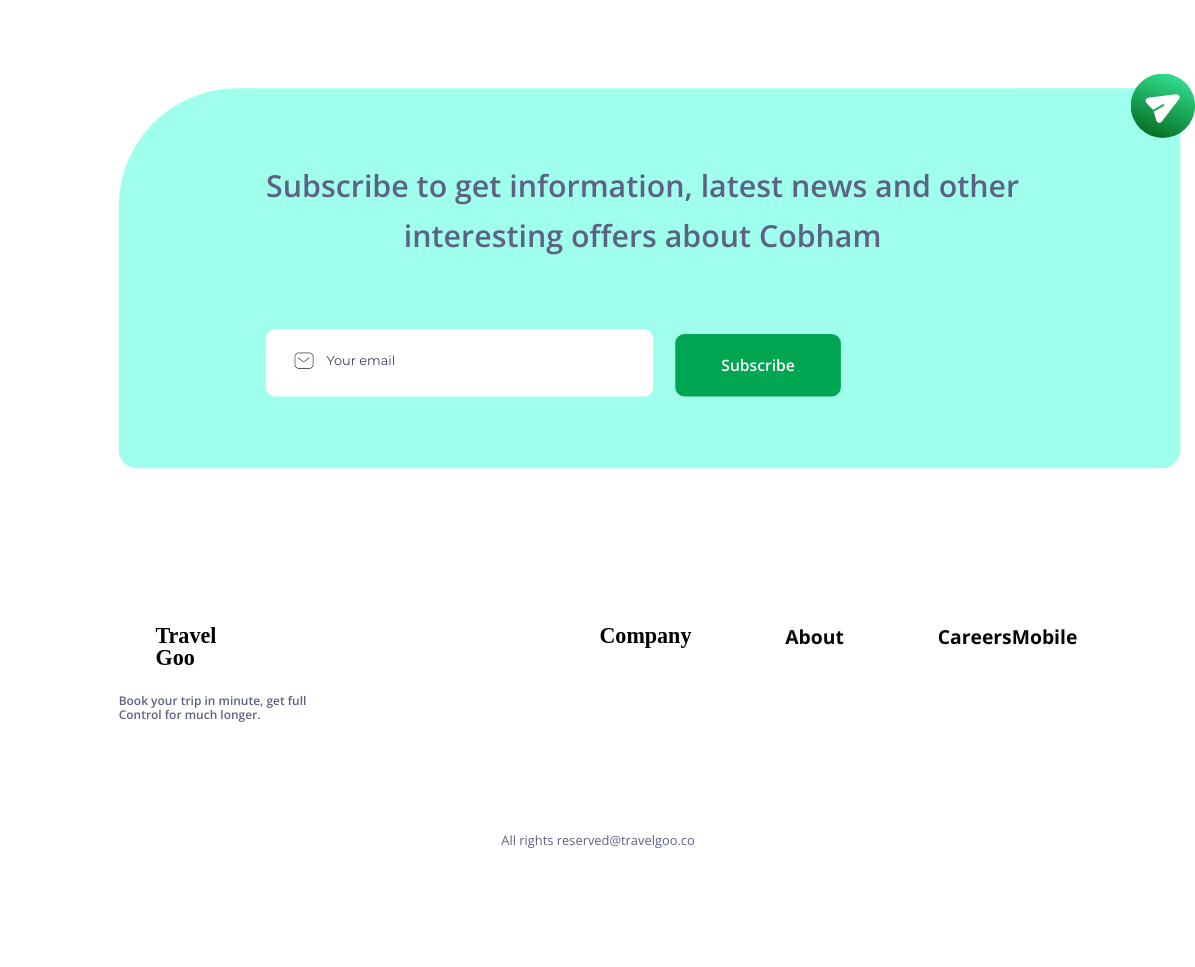
Repository: HeybetzadeQedim/task-5
Page: index.html
The author's editor kept a copy of each file at every save. The page is drawn from the files as they stood at one save, then again after a run of saves.
The browser window is 1280 px wide. The page is 1299 px wide, so the pictures cover 1299 px, including what lies to the right of the window. The pictures show the whole page, at 92% of full size.
Some web fonts or font styles are not loaded; a fallback is used.

Above is the page before, as saved 2023-10-16 15:59:05.

After the next 2 saves:
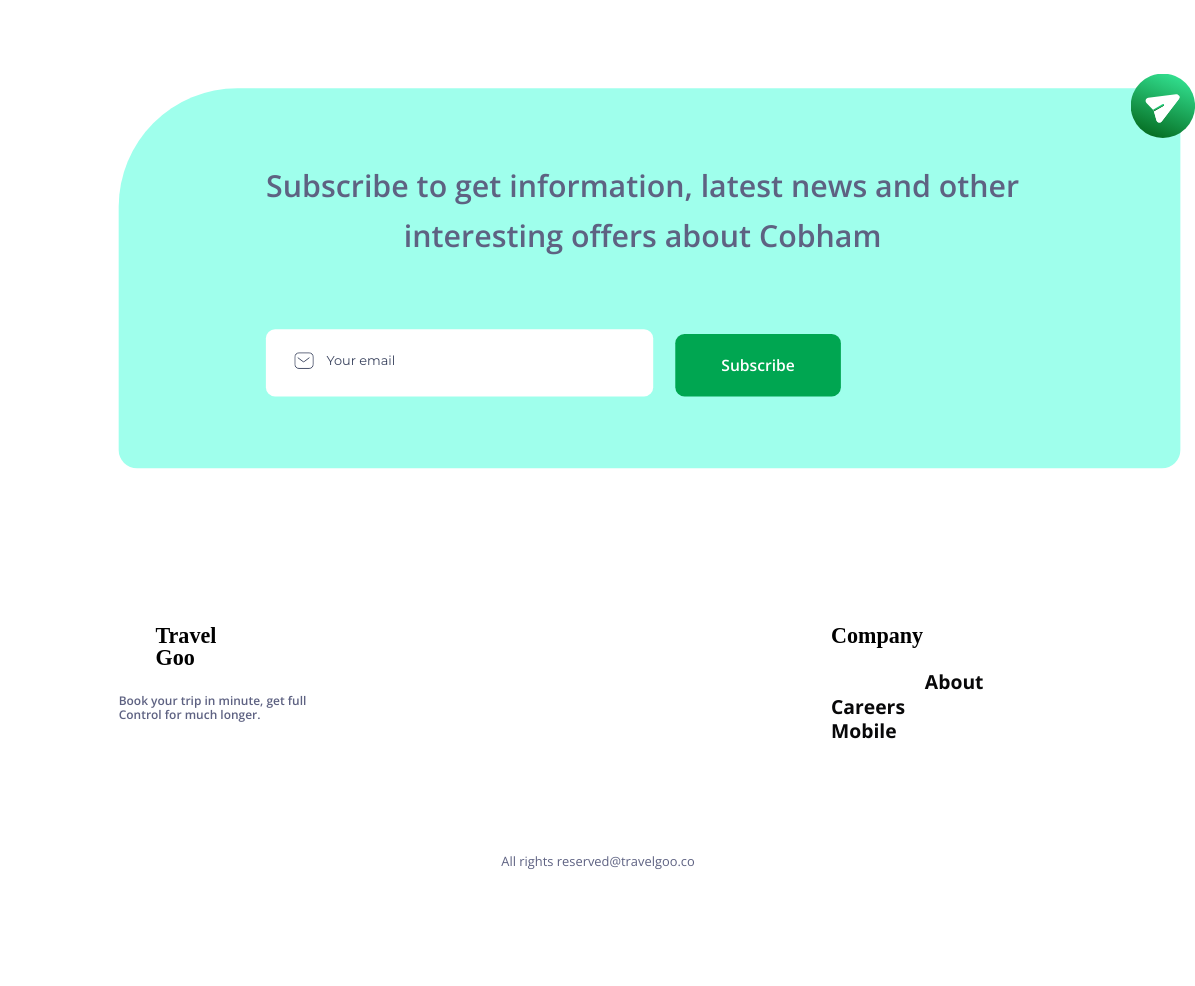
The 2 saves are shown as one change because they came seconds apart.
The last was saved 6 s later.
--- a/index.css
+++ b/index.css
@@ -109,7 +109,7 @@
   /* margin-left: 400px; */
 }
 .li-container ul {
-  display: flex;
+  /* display: flex; */
 }
 .li-container li {
   list-style-type: none;
@@ -129,7 +129,7 @@
   /* margin-left: 400px; */
 }
 .li-container-2 ul {
-  display: flex;
+  /* display: flex; */
 }
 .li-container-2 li {
   list-style-type: none;
